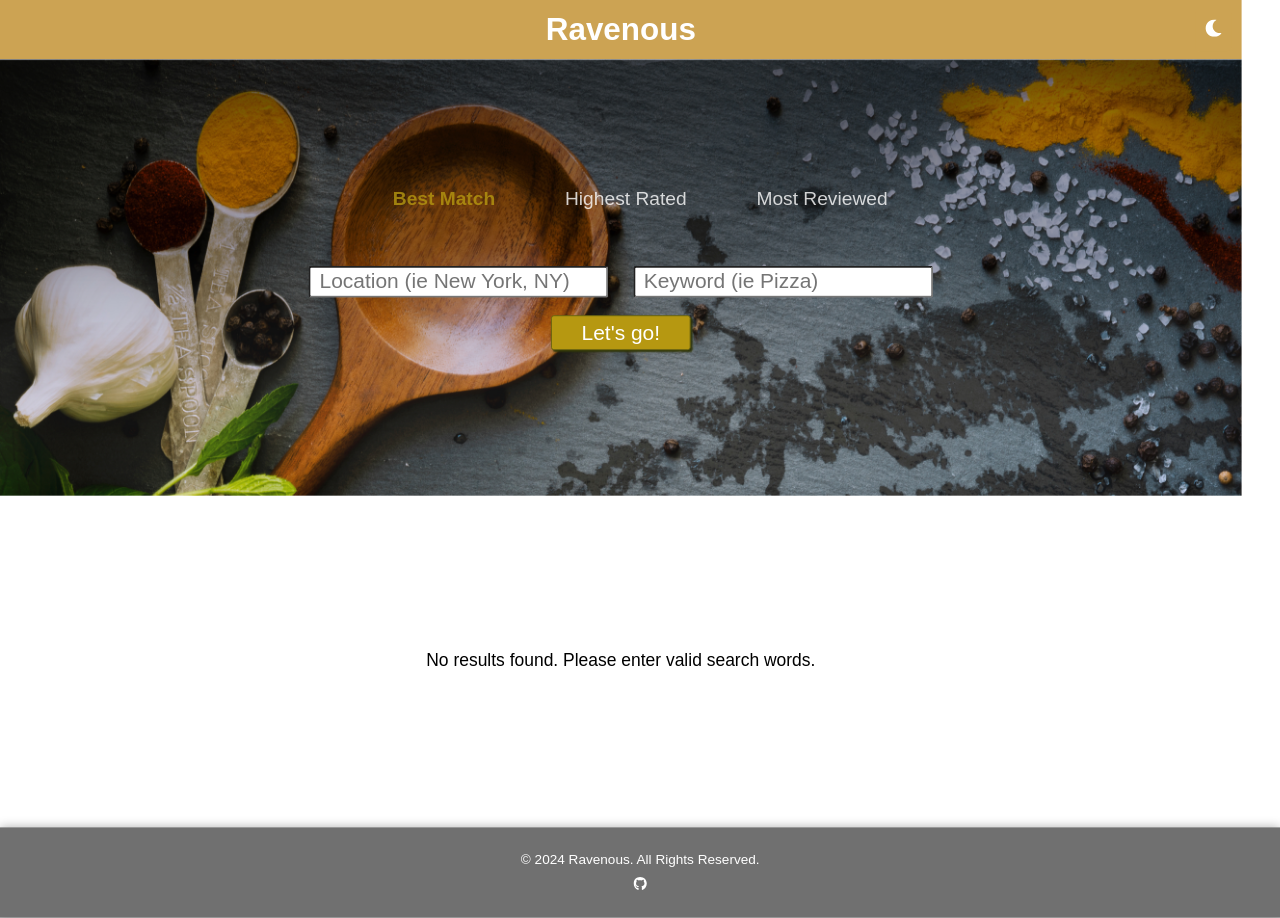
Repository: LolaSL/Ravenous
Page: /
An editor plug-in stored every save of this project. The page is shown before and after a run of saves, followed by the edit.
The browser window is 1280 px wide. The page is 1320 px wide, so the pictures cover 1320 px, including what lies to the right of the window. The pictures show the whole page, at 97% of full size.
The page's requests for data from a server got no answer. The project was rebuilt for these pictures with package versions that can differ from the ones it lists, and the page was loaded fresh each time. No one was signed in, and anything a server would have sent is missing. Also part of the build but not shown: src/Business/Business.js.

Above is the page before, as saved 2024-03-24 13:14:50.

### src/App.js
import './App.css';
import React, { useState, useEffect } from 'react';
import BusinessList from './BusinessList/BusinessList';
import SearchBar from './SearchBar/SearchBar';
import getSuggestions from './utils/yelp';
import ThemeToggle from './ThemeToggle';
import Footer from './Footer/Footer';

function App() {
  const [businesses, setBusinesses] = useState([]);

  const searchYelp = async (keyword, location, sort) => {
    const suggestions = await getSuggestions(keyword, location, sort);
    setBusinesses(suggestions);
  };

  useEffect(() => {
    searchYelp("food", "US", "best_match");
  }, []);

  return (
    <div className="App">
      <header>
        <h1>Ravenous  <ThemeToggle /></h1>
      </header>
      <main>
        <SearchBar searchYelp={searchYelp} />
        <BusinessList businesses={businesses} />
      </main>
      <Footer />
    </div>
  );
};

export default App;

### src/App.css
/* Universal Styles */

html {
  font-size: 18px;
}

html,
body {
  margin: 0;
}

@media only screen and (max-width: 560px) {
  html {
    font-size: 15px;
  }
}

input:focus {
  outline: none;
}

/* App Styles */

.App {
  font-family: "Work Sans", sans-serif;
}

.App h1 {
  padding: 0.66rem 0;
  text-align: center;
  background-color: #cca353;
  font-family: Poppins, sans-serif;
  font-size: 1.8rem;
  color: #fff;
  margin: 0;
}
.theme-toggle {
  position: absolute;
  top: 0;
  right: 0;
  margin: 10px;
  padding: 10px;
  border: none;
  border-radius: 5px;
  background-color: #cca353;
  color: #fff;
  font-size: 1rem;
  font-weight: 550;
  letter-spacing: 1px;
  cursor: pointer;
}

### src/BusinessList/BusinessList.js
import React from 'react';
import './BusinessList.css';
import Business from '../Business/Business';

function BusinessList(prop) {
  if(!prop.businesses) {
    return (
      <div id="business-list">
        <p>No results found. Please enter valid search words.</p>
      </div>
    )
  }
  return (
    <div id="business-list">
      {prop.businesses?.map(business => {
        return <Business info={business} key={business.id}/>;
      })}
    </div>
  );
};

export default BusinessList;

### src/SearchBar/SearchBar.js
import React, { useState } from 'react';
import './SearchBar.css';

function SearchBar({ searchYelp }) {
    const [location, setLocation] = useState("US");
    const [keyword, setKeyword] = useState("restaurant");
    const [sort, setSort] = useState("best_match");

    const sortChoices = [
        { id: "best_match", choice: "Best Match" },
        { id: "rating", choice: "Highest Rated" },
        { id: "review_count", choice: "Most Reviewed" }
    ];

    const handleSortChange = (choice) => {
        setSort(choice);
    }

    const handleLocationChange = (event) => {
        let choice = event.target.value;
        if (!choice) {
            choice = "US";
        };
        setLocation(choice);
    };

    const handleKeywordChange = (event) => {
        let choice = event.target.value;
        if (!choice) {
            choice = "food";
        };
        setKeyword(choice);
    };

    const handleSubmit = (event) => {
        event.preventDefault();
        searchYelp(keyword, location, sort);
    };

    return (
        <div id="search-bar">
            <ul id="sort-options">
                {sortChoices.map((choice) => (
                    <li key={choice.id} value={choice.id} onClick={() => handleSortChange(choice.id)} className={sort === choice.id ? "active" : ""}>{choice.choice}</li>
                ))}
            </ul>
            <div id="user-input">
                <input className="search-input" id="location" onChange={handleLocationChange} placeholder="Location (ie New York, NY)" />
                <input className="search-input" id="keyword" onChange={handleKeywordChange} placeholder="Keyword (ie Pizza)" />
                <button id="submit" type="submit" onClick={handleSubmit}>Let's go!</button>
            </div>
        </div>
    );
};

export default SearchBar;

### src/utils/yelp.js
const apiKey = process.env.REACT_APP_API_KEY;
const cors = "https://cors-anywhere.herokuapp.com/";
const baseUrl = "https://api.yelp.com/v3";
const searchEndpoint = "/businesses/search";

const getSuggestions = async (keyword, location, sort) => {
  const endpoint = `${cors}${baseUrl}${searchEndpoint}?term=${keyword}&location=${location}&sort_by=${sort}`;

  try {
    const response = await fetch(endpoint,
      {
        headers: {
          Authorization: `Bearer ${apiKey}`
        }
      }
    );
    if (response.ok) {
      const jsonResponse = await response.json();
      const results = jsonResponse.businesses.map((business) => ({
        id: business.id,
        img: business.image_url,
        name: business.name,
        address: `${business.location.display_address[0]}, ${business.location.display_address[1]}`,
        category: business.categories[0].title,
        rating: business.rating,
        reviews: business.review_count
      }));
      return results;
    }
  }
  catch (error) {
    console.log(error);
  };
};
export default getSuggestions;

### src/ThemeToggle.js
import React from 'react';
import { FaSun, FaMoon } from 'react-icons/fa';

const ThemeToggle = () => {
  const [theme, setTheme] = React.useState('light');

  React.useEffect(() => {
    document.body.className = theme;
  }, [theme]);

  const toggleTheme = () => {
    if (theme === 'light') {
      setTheme('dark');
    } else {
      setTheme('light');
    }
  };

  return (
    <button className="theme-toggle" onClick={toggleTheme}>
      {theme === 'light' ? <FaMoon /> : <FaSun />}
    </button>
  );
};

export default ThemeToggle;

### src/Footer/Footer.js
import React from 'react';
import './Footer.css';
import { FaGithub } from 'react-icons/fa';

const Footer = () => {
  const year = new Date().getFullYear();

  return (
    <footer className="footer">
      <div className="container">
        <p className="text-center">
          © {year} Ravenous. All Rights Reserved.
        </p>
        <p className="text-center">


          <a
            href="https://github.com/LolaSL"
            target="_blank"
            rel="noopener noreferrer"
          >
            <FaGithub />
          </a>
        </p>
      </div>
    </footer>
  );
};

export default Footer;

### src/BusinessList/BusinessList.css
/* BusinessList.css */
#business-list {
  display: flex;
  box-sizing: border-box;
  width: 100%;
  min-height: 15rem;
  margin: 2rem auto;
  padding: 1rem 5rem;
  align-items: center;
  flex-wrap: wrap;
  justify-content: center;
  background-color: white;
  }

### src/SearchBar/SearchBar.css
#search-bar {
  display: flex;
  flex-direction: column;
  justify-content: center;
  background-image: url("./background_search_desktop.jpg");
  background-size: cover;
  background-repeat: no-repeat;
  height: 25rem;
}

#sort-options {
  display: flex;
  justify-content: center;
  margin-bottom: 2.22rem;
  color: white;
}

#sort-options li {
  display: inline;
  margin: 0 2rem;
  color: white;
  font-size: 1.1rem;
  opacity: 80%;
  justify-content: center;
}

#sort-options li:hover {
  cursor: pointer;
  color: rgb(182, 152, 17);
}

.active {
  color: rgb(182, 152, 17) !important;
  font-weight: bold;
}

hr {
  margin: 1.5rem auto;
  width: 30%;
  opacity: 50%;
}

#user-input {
  margin: 1rem auto;
}

.search-input {
  margin: 0 0.7rem;
  font-size: 1.2rem;
  height: 1.2rem;
  padding: 0.2rem 0.5rem;
  border-radius: 3px;
}

#submit {
  display: block;
  width: 8rem;
  height: 2rem;
  margin: 1rem auto;
  color: white;
  background-color: rgb(182, 152, 17);
  border: 1px solid rgb(107, 101, 17);
  border-radius: 3px;
  font-size: 1.2rem;
  box-shadow: 2px 2px 2px rgb(47, 53, 10);
}

#submit:hover {
  cursor: pointer;
  background-color: rgb(81, 67, 2);
}

@media only screen and (max-width: 560px) {
  #search-bar {
    background-image: url("./background_search_mobile.jpg");
  }

  #sort-options li {
    display: block;
  }

  .search-input {
    margin-right: 0 auto;
    width: 70%;
    margin-bottom: 0.86rem;
  }
}

### src/Footer/Footer.css
/* Footer.css */

.footer {
    background-color: #707070;
    color: white;
    text-align: center;
    position: relative;
    left: 0;
    bottom: 0;
    width: 100%;
    padding: 20px;
    box-shadow: 0 0 10px rgba(0, 0, 0, 0.3);
  }

  .footer .container {
    display: flex;
    flex-direction: column;
    justify-content: center;
    align-items: center;
  }

  .footer a {
    color: white;
    text-decoration: none;
    font-weight: bold;
  }

  .footer a:hover {
    color: #ff9999;
  }

  .footer p {
    margin: 5px 0;
    font-size: 14px;
  }

### src/Business/Business.css
/* Business.css */
.restaurant-card {
  display: flex;
  flex-direction: column;
  justify-content: space-between;
  width: 16.66rem;
  margin: 0 0.5rem 2.3rem 0.5rem;
  box-shadow:1px 10px 20px solid grey;
  /* transition: all 0.3s cubic-bezier(0.25, 0.8, 0.25, 1); */

}

img {
  height: 16.66rem;
  margin-bottom: 1rem;
  display: flex;
  flex-direction: column;
  justify-content: center;
  overflow: hidden;
  background: #000;
  border-radius: 5px;
}
.image img {
  width: 100%;
}
.name {
  font-size: 1.2rem;
  font-weight: bold;
}

.category,
.rating {
  color: rgb(152, 97, 3);
  font-weight: bold;
}

.info {
  padding-bottom: 10px;
}

p {
  margin: 0;
}

Loaded but not shown: public/index.html (common file); src/index.js (common file); src/index.css (common file); src/reportWebVitals.js (common file)

After the next 2 saves:
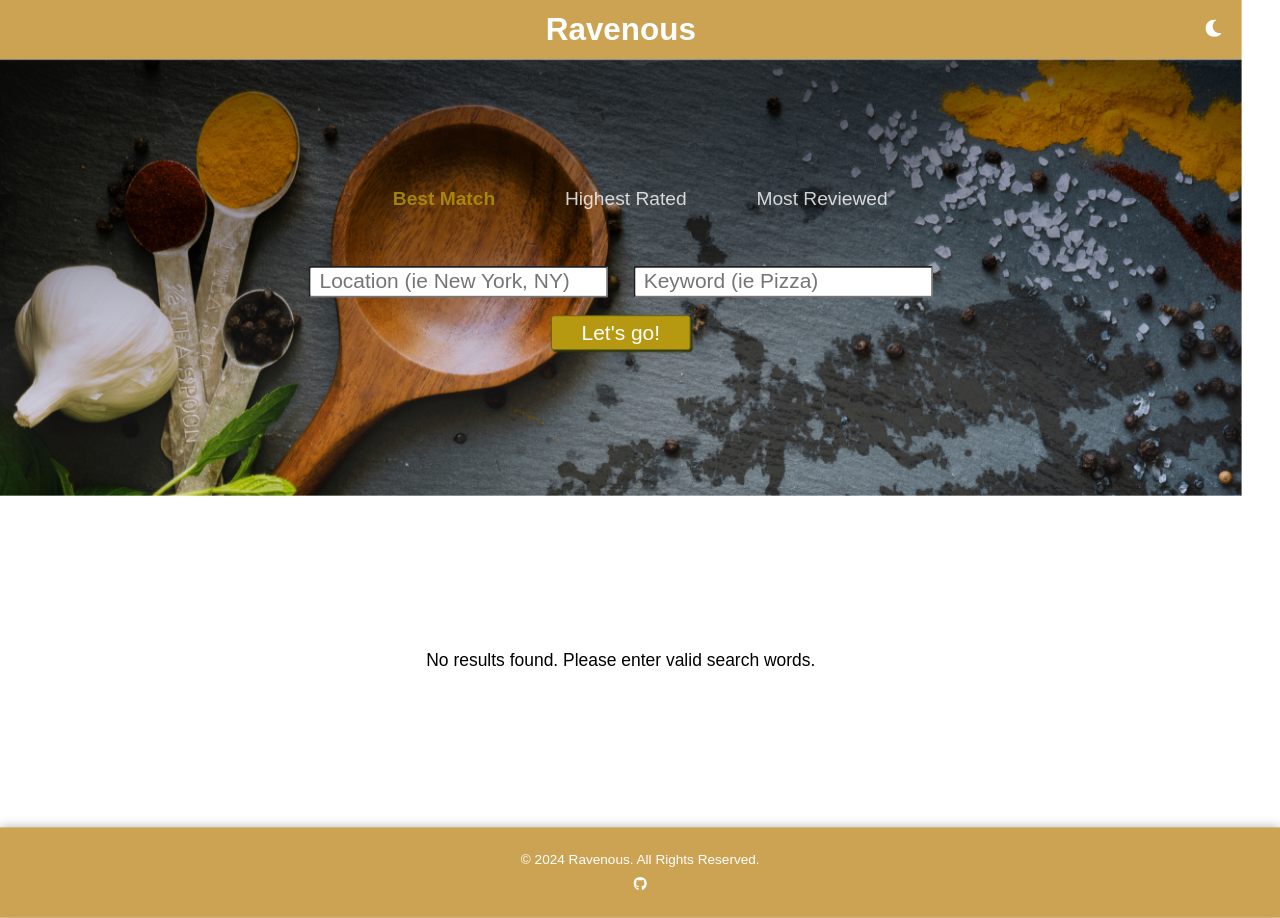
The 2 saves are shown as one change because they came seconds apart.
The last was saved 66 s later.
--- a/src/Footer/Footer.css
+++ b/src/Footer/Footer.css
@@ -1,7 +1,7 @@
 /* Footer.css */
 
 .footer {
-    background-color: #707070;
+    background-color: #cca353;
     color: white;
     text-align: center;
     position: relative;
